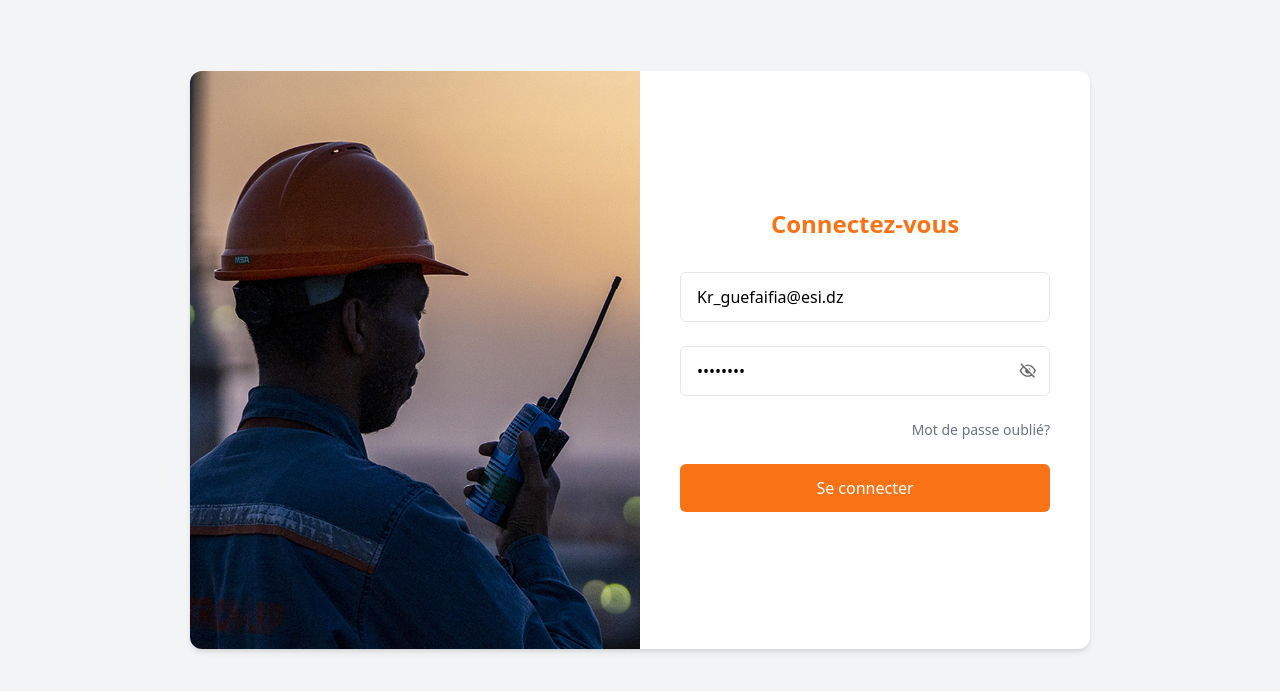
Repository: 123455675848484848484884848484/Projet_2cs
Page: /login (app in front/)
An editor plug-in stored every save of this project. The page is shown before and after the next save, followed by the edit.
The browser window is 1280 px wide. The pictures show the whole page.
The project was rebuilt for these pictures with package versions that can differ from the ones it lists, and the page was loaded fresh each time. Also part of the build but not shown: front/src/App.css.

Above is the page before, as saved 2025-04-17 21:04:55.

After the next save:
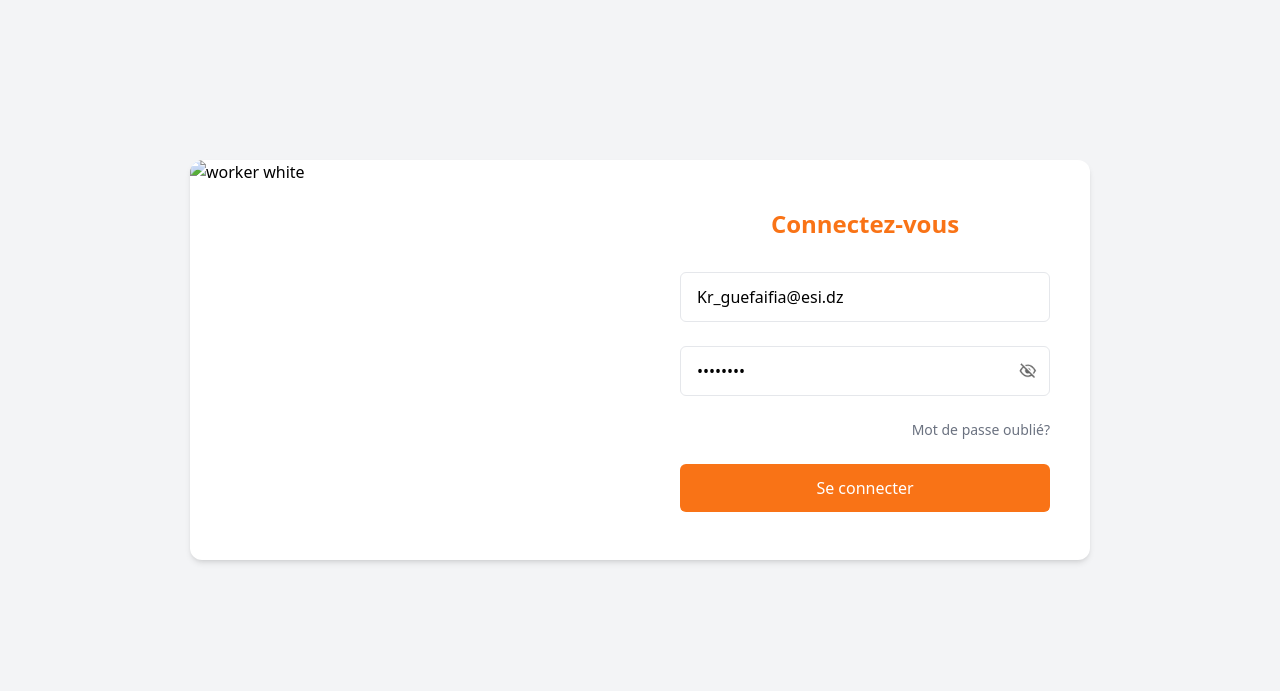
Not found: loggin.png
Saved 35 s later.
--- a/front/src/Login.jsx
+++ b/front/src/Login.jsx
@@ -19,14 +19,14 @@
     <div className="min-h-screen flex items-center justify-center bg-gray-100">
       <div className="bg-white rounded-xl overflow-hidden shadow-md flex w-[900px]">
         {/* Image gauche */}
-        <div className="w-1/2">
-          <img
-            src="/login.png"
-            alt="worker"
-            className="h-full w-full object-cover"
-            id="login-image"
-          />
-        </div>
+       <div className="w-1/2">
+  <img
+    src="/loggin.png"
+    alt="worker white"
+    className="h-full w-full object-cover rounded-l-xl"
+    id="login-image"
+  />
+</div>
 
         {/* Formulaire */}
         <div className="w-1/2 flex flex-col justify-center px-10 py-12">

After the save that followed:
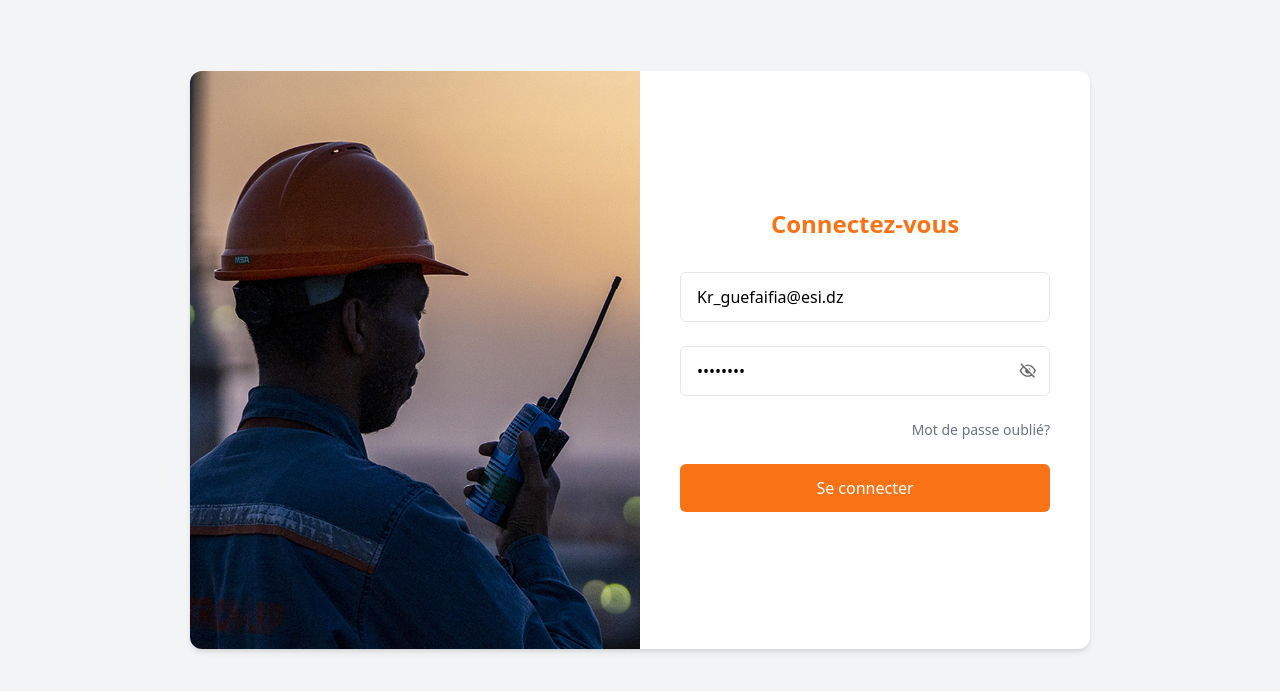
Saved 4 s later.
--- a/front/src/Login.jsx
+++ b/front/src/Login.jsx
@@ -19,14 +19,14 @@
     <div className="min-h-screen flex items-center justify-center bg-gray-100">
       <div className="bg-white rounded-xl overflow-hidden shadow-md flex w-[900px]">
         {/* Image gauche */}
-       <div className="w-1/2">
-  <img
-    src="/loggin.png"
-    alt="worker white"
-    className="h-full w-full object-cover rounded-l-xl"
-    id="login-image"
-  />
-</div>
+        <div className="w-1/2">
+          <img
+            src="/login.png"
+            alt="worker"
+            className="h-full w-full object-cover"
+            id="login-image"
+          />
+        </div>
 
         {/* Formulaire */}
         <div className="w-1/2 flex flex-col justify-center px-10 py-12">
